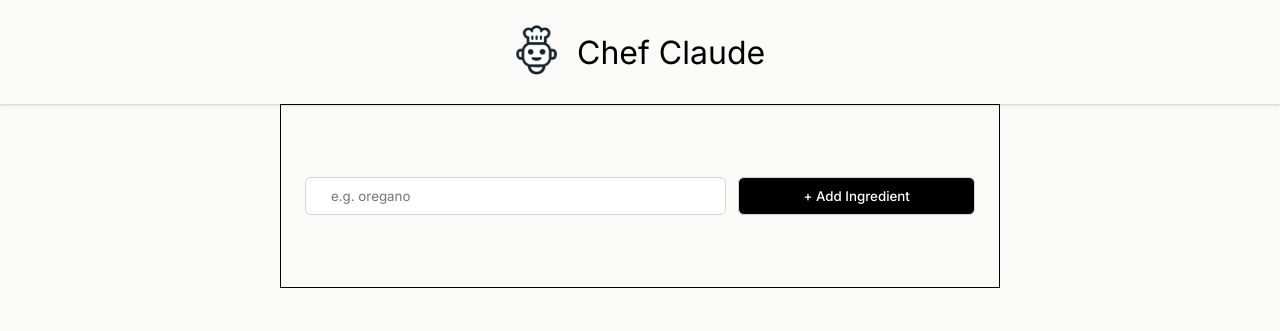
Repository: AchrafAzzaoui/Chef_Claude--React_Course_Scrimba_Project
Page: / (app in project/)
An editor plug-in stored every save of this project. The page is shown before and after the next save, followed by the edit.
The browser window is 1280 px wide. The pictures show the whole page.
The project was rebuilt for these pictures with package versions that can differ from the ones it lists, and the page was loaded fresh each time. Also part of the build but not shown: project/vite.config.js.

Above is the page before, as saved 2024-12-01 14:44:47.

After the next save:
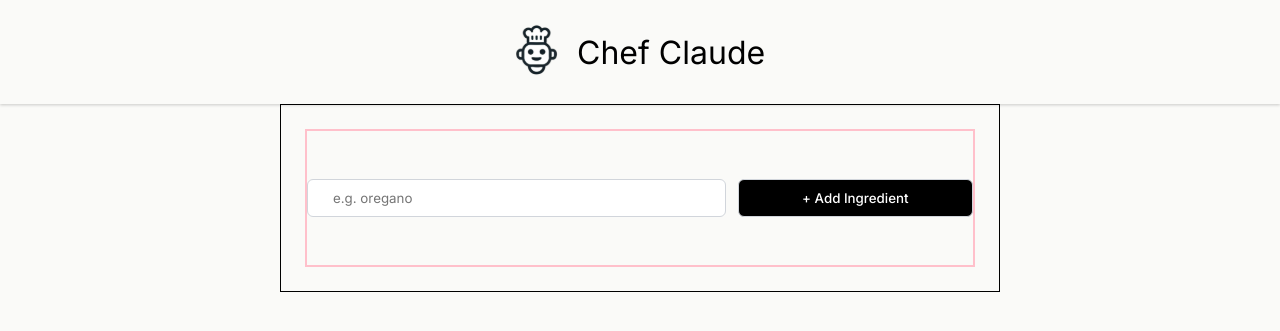
Saved 6 s later.
--- a/project/index.css
+++ b/project/index.css
@@ -39,7 +39,7 @@
   padding: 3em 0;
   max-width: 720px;
   margin: 0 auto;
-  border: pink;
+  border: 2px solid pink;
 }
 
 .add-ingredient-form .form-group {

After the save that followed:
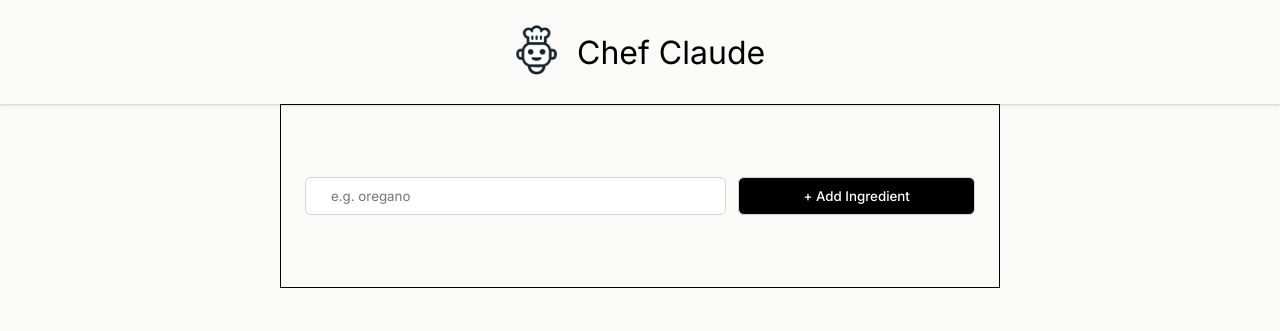
Saved 14 s later.
--- a/project/index.css
+++ b/project/index.css
@@ -39,7 +39,7 @@
   padding: 3em 0;
   max-width: 720px;
   margin: 0 auto;
-  border: 2px solid pink;
+  width: 100%;
 }
 
 .add-ingredient-form .form-group {
